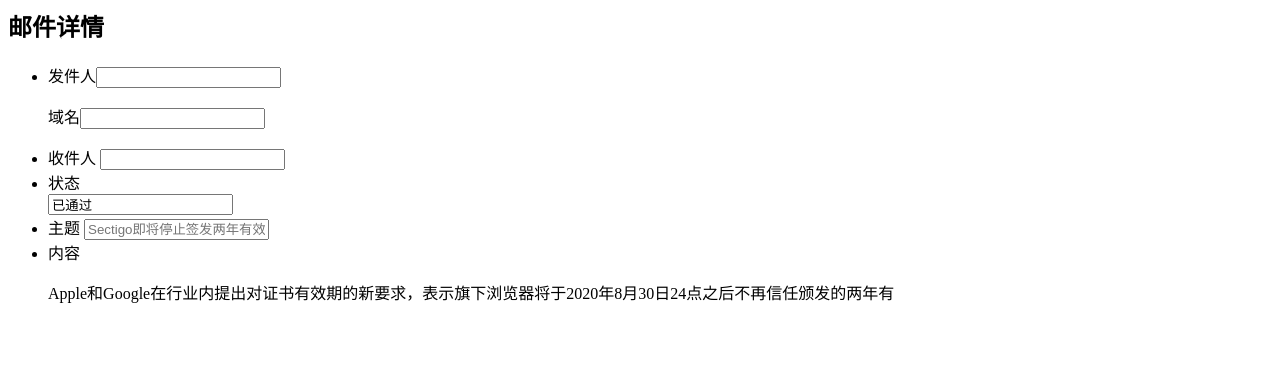
Repository: wangyan466393/racentSystem
Page: emailDetail.html
An editor plug-in stored every save of this project. The page is shown before and after the next save, followed by the edit.
The browser window is 1280 px wide. The pictures show the whole page.

Above is the page before, as saved 2020-08-12 10:12:38.

After the next save:
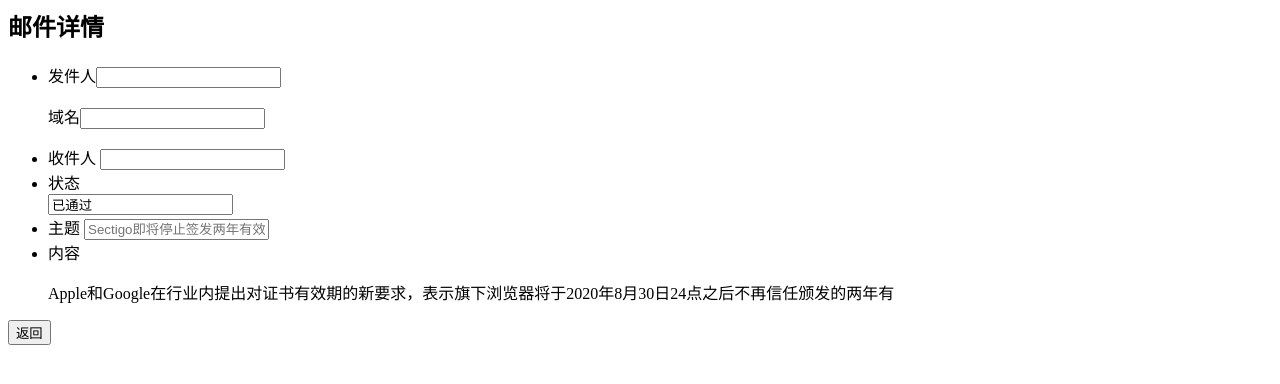
Saved 45 s later.
--- a/emailDetail.html
+++ b/emailDetail.html
@@ -43,3 +43,6 @@
     </div>
 </div>
 </div>
+<div>
+    <button type="button">返回</button>
+</div>
